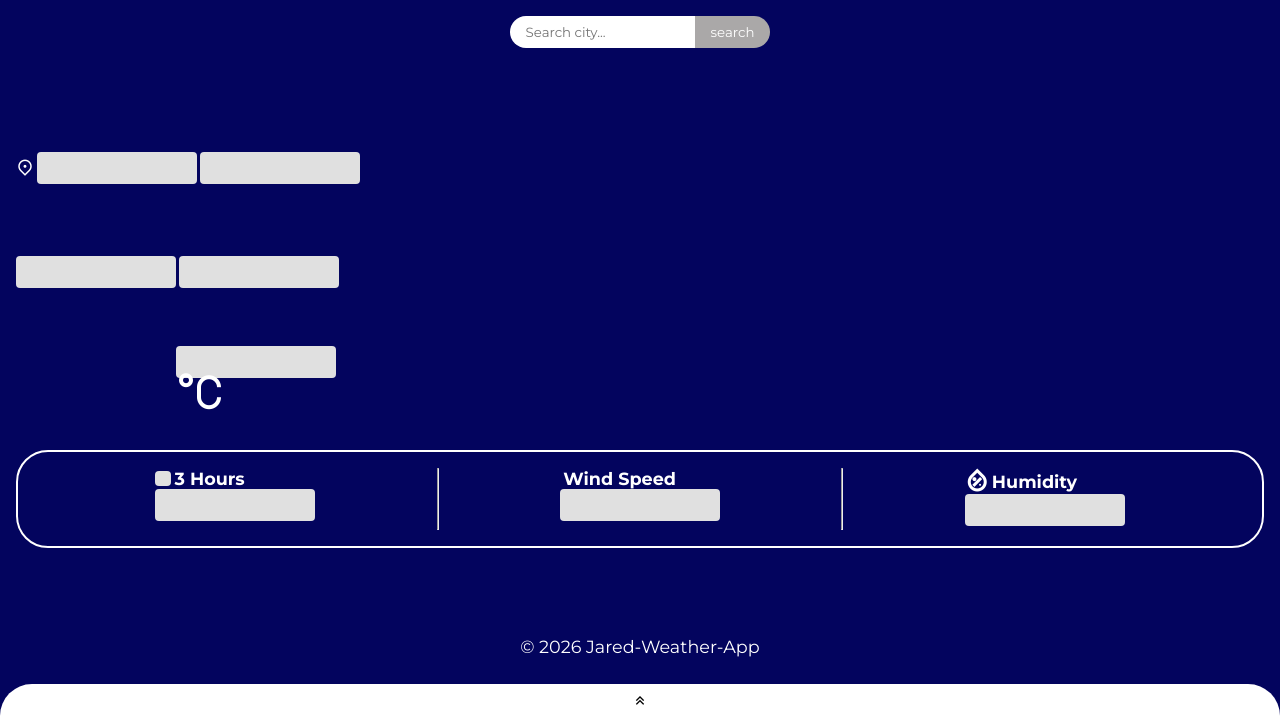
Repository: EguJaredoBoyd/Jared-Weather-App
Page: main.html
An editor plug-in stored every save of this project. The page is shown before and after the next save, followed by the edit.
The browser window is 1280 px wide. The pictures show the whole page.
Some icons come from a web library that is not loaded, so they are not drawn. Some web libraries are served in a nearby version.

Above is the page before, as saved 2026-02-12 05:15:42.

After the next save:
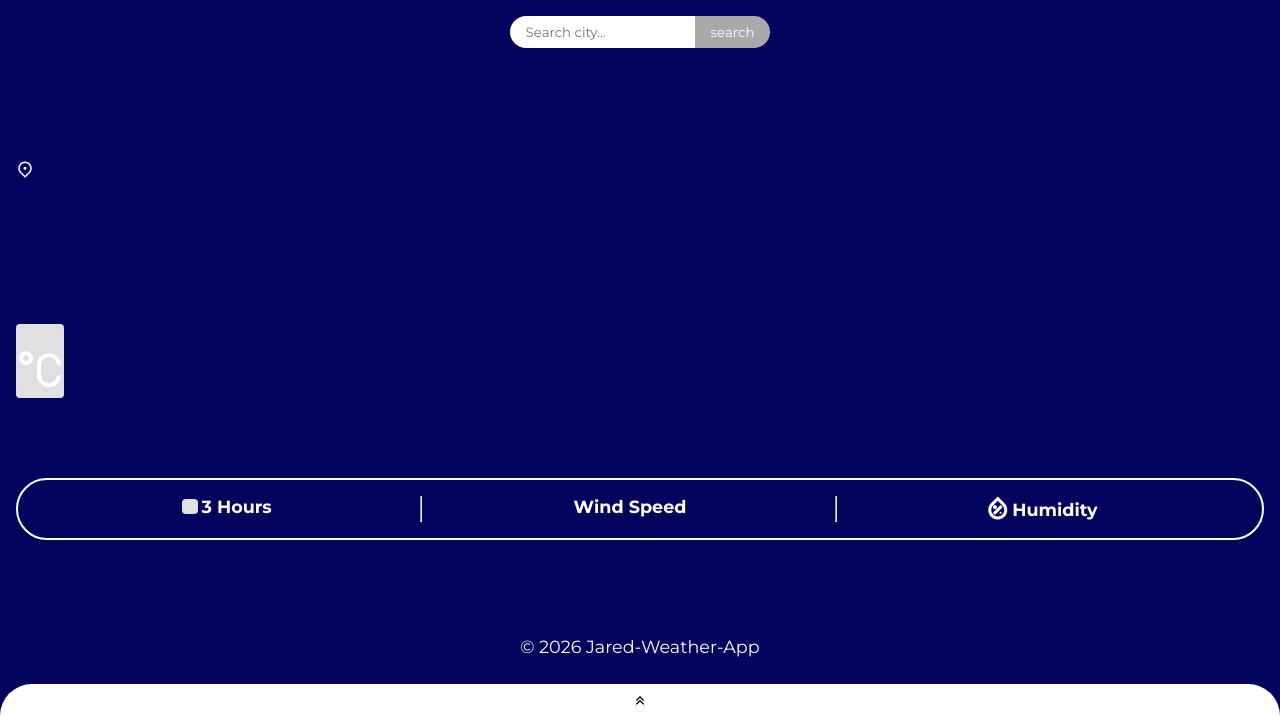
Saved 31 s later.
--- a/css/skeleton-loading.css
+++ b/css/skeleton-loading.css
@@ -12,9 +12,6 @@
 }
 
 .skeleton-text {
-  display: inline-block;
-  height: 2rem;
-  width: 10rem;
 }
 
 @keyframes shimmer {
